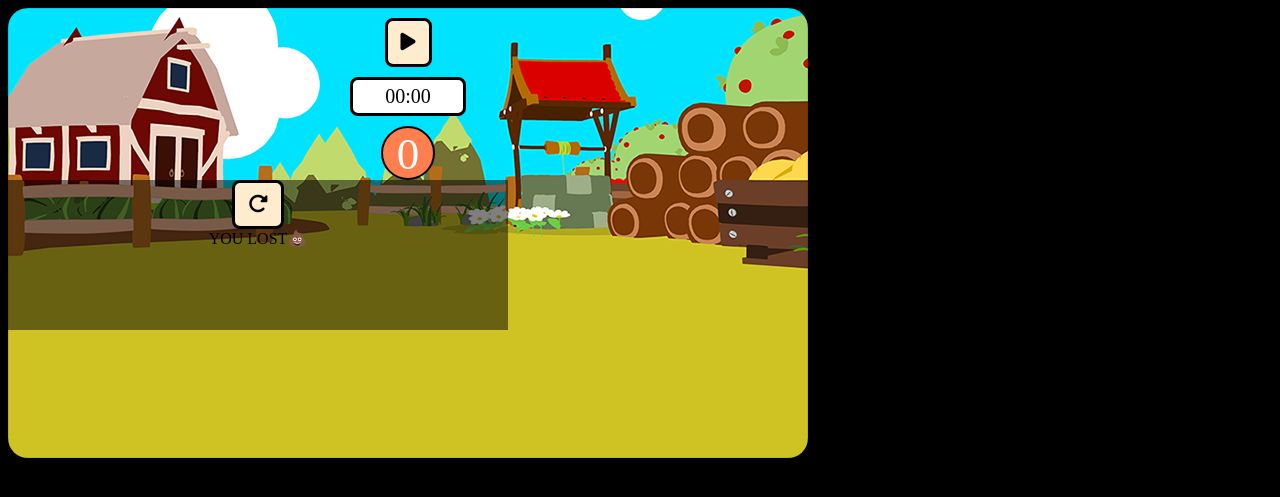
Repository: rladpwl0512/dreamcoding_browser101
Page: (7) catch-carrot-game/catch carrot/index.html
These files come from the project's save history. The page is drawn as it stood at one moment and after the next save; the edit follows.
The browser window is 1280 px wide. The pictures show the whole page.
Some web libraries are served in a nearby version.

Above is the page before, as saved 2021-10-07 17:46:53.

### (7) catch-carrot-game/catch carrot/index.html
<!DOCTYPE html>
<html lang="en">
<head>
  <meta charset="UTF-8">
  <meta http-equiv="X-UA-Compatible" content="IE=edge">
  <meta name="viewport" content="width=device-width, initial-scale=1.0">
  <link rel="stylesheet" href="./style.css">
  <script src="./main.js" defer></script>
  <script src="https://kit.fontawesome.com/d1f0f5669b.js" crossorigin="anonymous"></script>
  <title>🥕catch carrot</title>
</head>
<body>
  <div class="background">
    <div class="top">
      <button class="btn">
        <i class="fas fa-play"></i>
        <!-- <i class="fas fa-pause"></i> -->
        <span class="blind">start button</span>
      </button>
      <div class="clock">00:00</div>
      <div class="count">0</div>
    </div>
    <div class="bottom">
      <div class="carrot_bug">
        <!--벌레 7개-->
        <img class="bug" src="./img/bug.png" alt="bug">
        <img class="bug" src="./img/bug.png" alt="bug">
        <img class="bug" src="./img/bug.png" alt="bug">
        <img class="bug" src="./img/bug.png" alt="bug">
        <img class="bug" src="./img/bug.png" alt="bug">
        <img class="bug" src="./img/bug.png" alt="bug">
        <img class="bug" src="./img/bug.png" alt="bug">
        <!--당근 10개-->
        <img class="carrot" src="./img/carrot.png" alt="bug">
        <img class="carrot" src="./img/carrot.png" alt="bug">
        <img class="carrot" src="./img/carrot.png" alt="bug">
        <img class="carrot" src="./img/carrot.png" alt="bug">
        <img class="carrot" src="./img/carrot.png" alt="bug">
        <img class="carrot" src="./img/carrot.png" alt="bug">
        <img class="carrot" src="./img/carrot.png" alt="bug">
        <img class="carrot" src="./img/carrot.png" alt="bug">
        <img class="carrot" src="./img/carrot.png" alt="bug">
        <img class="carrot" src="./img/carrot.png" alt="bug">
      </div>
      <div class="alert">
        <button class="btn_replay">
          <i class="fas fa-redo-alt"></i>
        </button>
        <div class="message">YOU LOST💩</div>
      </div>
    </div>
  </div>
</body>
</html>

### (7) catch-carrot-game/catch carrot/style.css
@charset "UTF-8";

body {
  background-color: black;
  text-align: center;
}

button {
  background: transparent;
  box-shadow: 0px 0px 0px transparent;
  border: 0px solid transparent;
  text-shadow: 0px 0px 0px transparent;
  cursor: pointer;
}

.background {
  box-sizing: border-box;
  background-image: url(./img/background.png);
  background-repeat: no-repeat;
  width: 800px;
  height: 450px;
  border-radius: 20px;
  padding-top: 10px;
}

.btn, .btn_replay {
  display: block;
  margin: 0px auto;
  padding: 10px 13px;
  font-size: 20px;
  border: 3px solid black;
  border-radius: 8px;
  background-color: blanchedalmond;
}

.clock {
  width: 100px;
  background-color: white;
  border: 3px solid black;
  border-radius: 8px;
  padding: 5px;
  margin: 0 auto;
  font-size: 20px;
  margin: 10px auto 0;
}

.count {
  width: 50px;
  height: 50px;
  font-size: 45px;
  color: white;
  background-color: coral;
  border: 2px solid black;
  border-radius: 50%;
  margin: 10px auto 0;
}

.blind {
  position: absolute;
  width: 1px;
  height: 1px;
  clip: rect(0 0 0 0);
  margin: -1px;
  overflow: hidden;
}

.bottom {
  position: relative;
  height: 287px;
}

.bug, .carrot {
  display: none;
  position: absolute;
  top: 0;
  left: 0;
}

.alert {
  background-color: rgba(0, 0, 0, 0.5);  /* 50% 불투명도 */
  width: 500px;
  height: 150px;
}

### (7) catch-carrot-game/catch carrot/main.js
const btn = document.querySelector('.btn');
const clock = document.querySelector('.clock');
const bugs = document.querySelectorAll('.bug');
const carrots = document.querySelectorAll('.carrot');
const count = document.querySelector('.count');

//타이머(count down)
let time = 11; //10초
function timer() {
    const interval = setInterval(function() {
      time--;
      if(time === -1) {
        time=11;
        clearInterval(interval);
        return;
      }
      clock.innerHTML = `00:${time}`;
  }, 1000); //1초마다 실행
}

//랜덤 배치
function random() {
  for(let bug of bugs) {
    let xNum = Math.floor(Math.random() * 720);
    let yNum = Math.floor(Math.random() * 170);
    bug.style.display = "block";
    bug.style.transform = `translate(${xNum}px, ${yNum}px)`;
  }
  for(let carrot of carrots) {
    xNum = Math.floor(Math.random() * 720);
    yNum = Math.floor(Math.random() * 170);
    carrot.style.display = "block";
    carrot.style.transform = `translate(${xNum}px, ${yNum}px)`;
  }
}

//클릭이 되었을 때 버튼 변경
btn.addEventListener('click', () => {
  //1. 중지버튼으로 변경
  btn.innerHTML=`
    <i class="fas fa-square"></i>
    <span class="blind">pause button</span>
  `;
  //2. 타이머 실행
  timer();
  //3. 카운터 실행(클릭 카운터)
  //4. 당근, 벌레 랜덤 배치
  random();
});

//당근이 클릭되었을 때
let cnt = 10; //당근 갯수
for(let carrot of carrots) {
  carrot.addEventListener('click', () => {
    carrot.style.display = "none"; //당근 사라지게 함
    cnt--;//counter 횟수 줄어듦
    count.innerHTML = cnt;
});

//벌레가 클릭되었을 때
for(let bug of bugs) {
  bug.addEventListener('click', () => {
    //you lost
  })
}
}

After the next save:
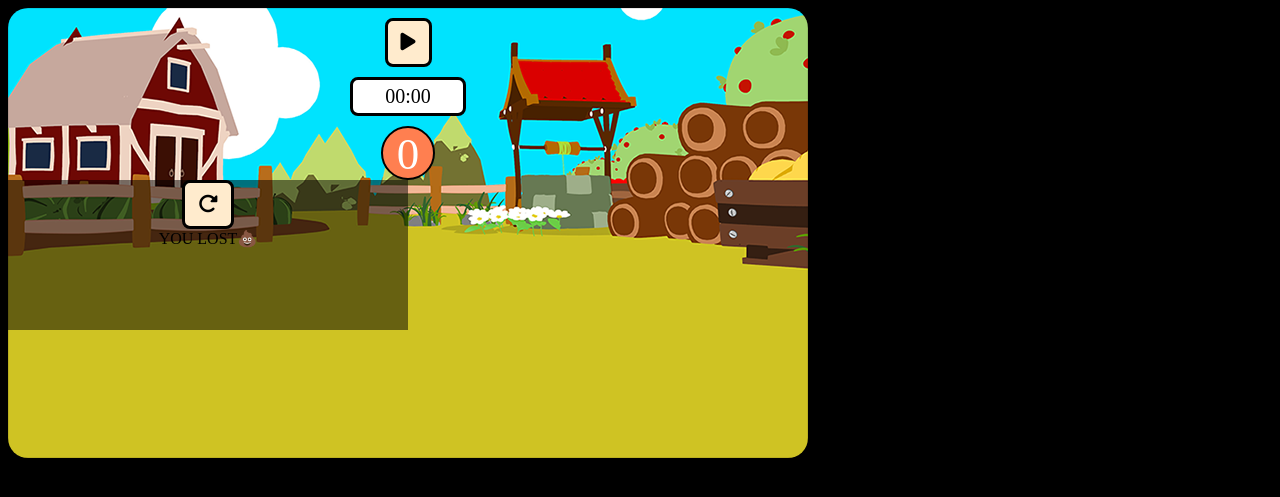
Saved 7 s later.
--- a/(7) catch-carrot-game/catch carrot/style.css
+++ b/(7) catch-carrot-game/catch carrot/style.css
@@ -78,6 +78,6 @@ button {
 
 .alert {
   background-color: rgba(0, 0, 0, 0.5);  /* 50% 불투명도 */
-  width: 500px;
+  width: 400px;
   height: 150px;
 }
